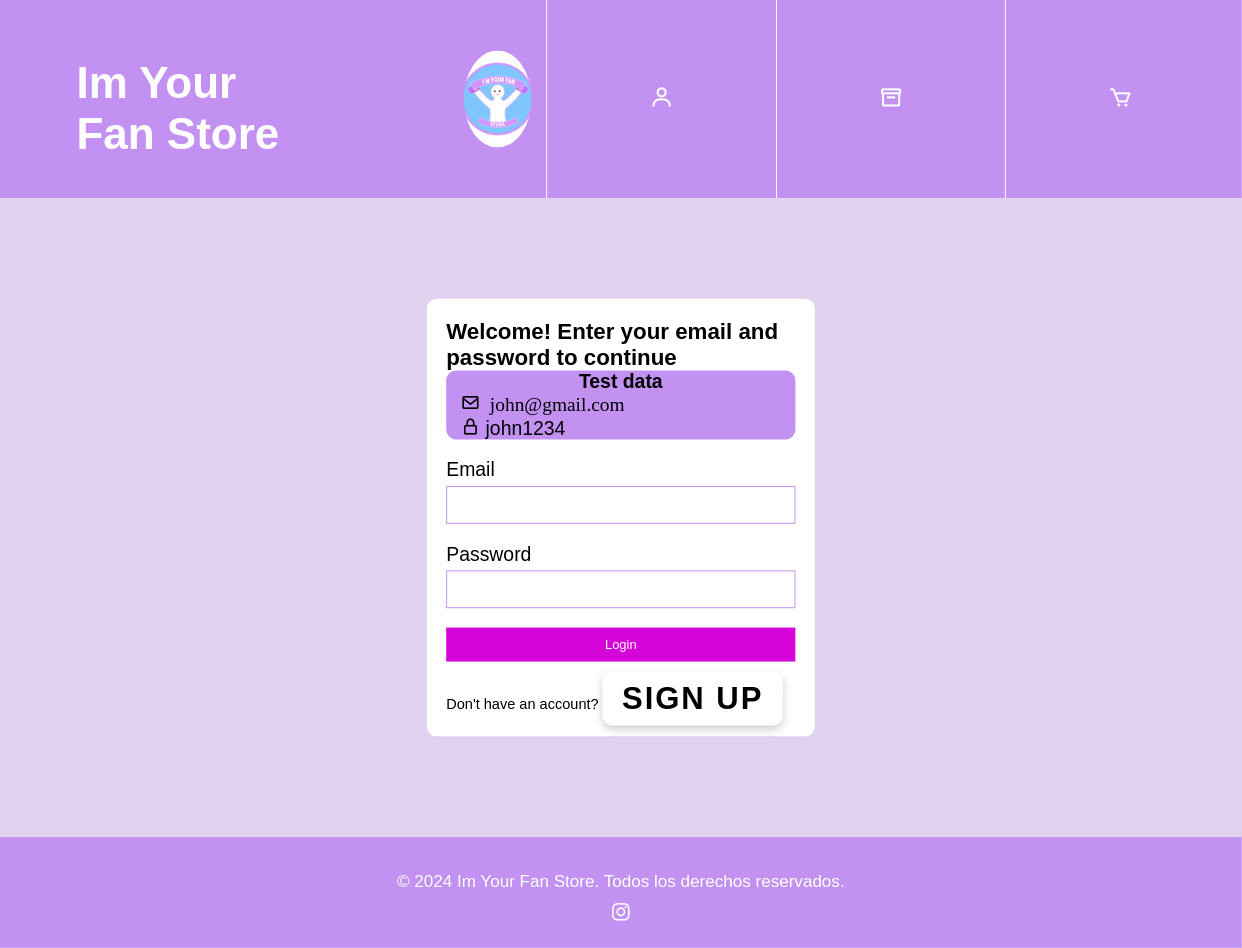
Repository: imyourfan-store/e-commerce
Page: /#/login
These files come from the project's save history. The page is drawn as it stood at one moment and after the next save; the edit follows.
The browser window is 1280 px wide. The pictures show the whole page, at 97% of full size.
The project was rebuilt for these pictures with package versions that can differ from the ones it lists, and the page was loaded fresh each time. Also part of the build but not shown: vite.config.js, src/components/home/styles/ProductCard.css, src/components/home/ProductCard.jsx, src/components/home/Categories.jsx, src/pages/Home.jsx, src/components/productId/styles/ProductInfo.css, src/components/productId/ProductInfo.jsx, src/components/productId/SimilarProducts.jsx and 14 more.

Above is the page before, as saved 2025-02-16 22:31:59.

### index.html
<!DOCTYPE html>
<html lang="en">
  <head>
    <meta charset="UTF-8" />
    <link rel="icon" type="image/svg+xml" href="/Icono Redes Sociales - IYF.jpg" />
    <meta name="viewport" content="width=device-width, initial-scale=1.0" />
    <link rel="stylesheet" href="./src/index.css">
    <link
      href="https://unpkg.com/boxicons@2.1.4/css/boxicons.min.css"
      rel="stylesheet"
    />
    <title>Im Your Fan Store</title>
  </head>
  <body>
    <div id="root"></div>
    <script type="module" src="/src/main.jsx"></script>

  </body>
</html>

### src/index.css
:root {
  --color-lila: #C291F2;
  --color-lilaclaro: #e1d7ea;/* Color lila claro */
  --color-texto: #000000;
  --color-fussia: #D504D9;
  --color-azul: #79C4F2;
  --color-mostaza: #F2B705;
  --color-naranja: #F28705;
  --color-input: #EEF5F9;
  --color-blanquito: #ffffff;
  --color-celeste: #79C4F2;
  --color-rgba-rojo: rgba(255, 0, 0, 0.1);
  --color-rojo: #FF0000;
}

body {
  margin: 0;
  font-family: Arial, sans-serif;
  background-color: var(--color-lilaclaro);
  text-decoration: none;
}

### src/main.jsx
import React from 'react'
import ReactDOM from 'react-dom/client'
import App from './App'
import './index.css'
import { HashRouter } from 'react-router-dom'
import { Provider } from 'react-redux'
import store from './store'

ReactDOM.createRoot(document.getElementById('root')).render(
  <React.StrictMode>
    <HashRouter>
      <Provider store={store}>
        <App />
      </Provider>
    </HashRouter>
  </React.StrictMode>,
)

### src/App.jsx
import { Route, Routes } from 'react-router-dom';
import './App.css';
import Home from './pages/Home';
import Login from './pages/Login';
import ProductId from './pages/ProductId';
import Purchases from './pages/Purchases';
import Cart from './pages/Cart';
import ProtectedRoutes from './components/app/ProtectedRoutes';
import Header from './layout/Header';
import Footer from './layout/Footer';

function App() {
  return (
    <div className="App">
      <Header />
      <Routes>
        <Route path='/' element={<Home />} />
        <Route path='/login' element={<Login />} />
        <Route path='/products/:id' element={<ProductId />} />

        {/* Rutas protegidas */}
        <Route element={<ProtectedRoutes />}>
          <Route path='/purchases' element={<Purchases />} />
          <Route path='/cart' element={<Cart />} />
        </Route>
      </Routes>
      <Footer />
    </div>
  );
}

export default App;

### src/pages/Login.jsx
import React from 'react';
import { useForm } from 'react-hook-form';
import { useDispatch, useSelector } from 'react-redux';
import { logOutUserThunk, loginUserThunk } from '../store/slices/userInfo.slice';
import './styles/Login.css';

const Login = () => {
  const { token, user } = useSelector((state) => state.userInfo);

  const { register, handleSubmit } = useForm();

  const dispatch = useDispatch();

  const submit = (data) => {
    dispatch(loginUserThunk(data));
  };

  const handleLogOut = () => {
    dispatch(logOutUserThunk());
  };

  return (
    <main className="login">
      {token ? (
        <section className="login__logged">
          <i className="login__logged-icon bx bx-user-circle"></i>
          <h3 className="login__logged-name">{`${user.name}`}</h3>
          <button className="login__logged-btn" onClick={handleLogOut}>
            Log out
          </button>
        </section>
      ) : (
        <form className="login__form" onSubmit={handleSubmit(submit)}>
          <h3 className="login__title">Welcome! Enter your email and password to continue</h3>
          <div className="login__container-test">
            <h4 className="login__test-title">Test data</h4>
            <p className="login__test-email">
              <i className="bx bx-envelope"> john@gmail.com</i>
            </p>
            <p className="login__test-password">
              <i className="bx bx-lock-alt"></i> john1234
            </p>
          </div>
          <div className="login__field">
            <label className="login__label">Email</label>
            <input className="login__input" type="email" {...register('email')} />
          </div>
          <div className="login__field">
            <label className="login__label">Password</label>
            <input className="login__input" type="password" {...register('password')} />
          </div>
          <button className="login__btn">Login</button>
          <p className="login__text-footer">
            Don't have an account? <span>Sign up</span>
          </p>
        </form>
      )}
    </main>
  );
};

export default Login;

### src/layout/Header.jsx
import React from 'react'
import { NavLink } from 'react-router-dom'
import './styles/Header.css'

const Header = () => {
  return (
    <header className='header'>
      <NavLink className='header__page-name' to='/'><h1>Im Your Fan Store</h1></NavLink>
      <img src='/src/img/Icono Redes Sociales - IYF.jpg' alt='Im Your Fan Store' className='header__logo' />
      <ul className='header__navbar'>
        <li className='header__link'><NavLink to='/login'><i className='bx bx-user'></i></NavLink></li>
        <li className='header__link'><NavLink to='/purchases'><i className='bx bx-box'></i></NavLink></li>
        <li className='header__link'><NavLink to='/cart'><i className='bx bx-cart'></i></NavLink></li>
      </ul>
    </header>
  )
}

export default Header

### src/layout/Footer.jsx
import React from 'react';
import './styles/Footer.css'; // Asegúrate de que el archivo CSS esté en la ruta correcta

const Footer = () => {
  return (
    <footer className="footer">
      <div className="footer__content">
        <p>&copy; 2024 Im Your Fan Store. Todos los derechos reservados.</p>
        <ul className="footer__socials">
          <li>
            <a
              href="https://www.instagram.com/imyourfanstore_7/"
              target="_blank"
              rel="noopener noreferrer"
            >
              <i className="bx bxl-instagram"></i>
            </a>
          </li>
        </ul>
      </div>
    </footer>
  );
}

export default Footer;

### src/pages/styles/Login.css
:root {
  --color-lila: #C291F2;
  --color-lilaclaro: #E6DFF1; /* Color lila claro ajustado */
  --color-texto: #333333; /* Texto en gris oscuro */
  --color-fussia: #D504D9;
  --color-azul: #79C4F2;
  --color-mostaza: #F2B705;
  --color-naranja: #FF914D; /* Naranja ajustado para botones */
  --color-input: #F3E9FA; /* Fondo para inputs */
  --color-blanquito: #ffffff;
  --color-celeste: #A3D2F2; /* Azul celeste suave */
  --color-rgba-rojo: rgba(255, 0, 0, 0.1);
  --color-rojo: #E74C3C; /* Rojo suave para acentos */
}

.login {
  display: flex;
  justify-content: center;
  font-family: Arial, sans-serif;
  align-items: center;
  height: calc(100vh - 60.7px);
  background-color: var(--color-lilaclaro); /* Fondo lila claro */
}

.login__form,
.login__logged {
  text-align: center;
  width: min(100%, 400px);
  display: flex;
  flex-direction: column;
  align-items: center;
  background-color: var(--color-blanquito); /* Fondo blanco */
  padding: 20px;
  border-radius: 10px;
  font-size: 20px;
  margin: 0 10px;
}

.login__logged-icon {
  font-size: 100px;
  color: var(--color-fussia); /* Ícono en color fucsia */
}

.login__logged-btn {
  border: none;
  background-color: var(--color-naranja); /* Botón naranja */
  color: var(--color-blanquito);
  padding: 10px 15px;
  border-radius: 5px;
  cursor: pointer;
}

.login__title {
  font-family: Arial, sans-serif;
  text-align: start;
  font-size: 23px;
  color: var(--color-texto); /* Texto en gris oscuro */
}

.login__container-test {
  background-color: var(--color-lila); /* Fondo para contenedor de prueba */
  width: 100%;
  border-radius: 10px;
  text-align: start;
  padding: 0 15px;
  margin-bottom: 20px;
}

.login__test-title {
  text-align: center;
  color: var(--color-texto);
}

.login__field {
  display: flex;
  flex-direction: column;
  width: 100%;
  text-align: start;
  margin-bottom: 20px;
  gap: 5px;
}

.login__input {
  padding: 10px 15px;
  border: 1px solid var(--color-lila); /* Borde lila */
  font-size: 15px;
  background-color: var(--color-blanquito); /* Fondo blanco para inputs */
}

.login__btn {
  width: 100%;
  padding: 10px 15px;
  border: none;
  background-color: var(--color-fussia); /* Botón de envío en fucsia */
  color: var(--color-blanquito);
  cursor: pointer;
}

.login__text-footer {
  width: 100%;
  font-size: 15px;
  text-align: start;
  margin: 0;
  margin-top: 20px;
  color: var(--color-texto);
}

### src/layout/styles/Header.css
:root {
  --color-lila: #C291F2;
  --color-texto: #000000;
  --color-fussia: #D504D9;
  --color-azul: #79C4F2;
  --color-mostaza: #F2B705;
  --color-naranja: #F28705;
  --color-input: #EEF5F9;
  --color-blanquito: #ffffff;
  --color-celeste: #79C4F2;
  --color-rgba-rojo: rgba(255, 0, 0, 0.1);
  --color-rojo: #FF0000;
}

.header {
  display: flex;
  justify-content: space-between;
  align-items: stretch;
  position: sticky;
  top: 0;
  z-index: 2;
  background-color: var(--color-lila);
  border-bottom: 1px solid var(--color-gray);
  text-decoration: none;
}
.header__logo {
  width: 100px; /* Ajusta el tamaño de la imagen */
  height: 100px; /* Ajusta el tamaño de la imagen */
  border-radius: 50%; /* Hace que la imagen sea redonda */
  object-fit: cover; /* Asegura que la imagen no se distorsione */

  margin-top: auto;
  margin-bottom: auto; /* Centra la imagen verticalmente */

  margin-left: auto; /* Centra la imagen horizontalmente */
  margin-right: auto; /* Centra la imagen horizontalmente */

  padding-left: 15px; /* Ajusta el espacio en el lado izquierdo */
  padding-right: 15px; /* Ajusta el espacio en el lado derecho */
}

.header__page-name {
  font-size: 12px;
  color: var(--color-blanquito);
  text-decoration: none;
  display: flex;
  align-items: center; /* Asegura que el texto y la imagen estén alineados */
  transition: transform 0.3s ease;
}

/* Efecto de zoom */
.header__page-name:hover {
  transform: scale(1.008);
}
.header__navbar {
  display: flex;
  list-style: none;
  font-size: 25px;
  margin: 0;
  padding: 0;
  flex: 1 1;
}

.header__link {
  display: flex;
  justify-content: center;
  align-items: center;
  width: 33%;
  text-decoration: none;
  border-left: 1px solid var(--color-blanquito);
  transition: transform 0.3s ease, background-color 0.3s ease; /* Agrega una transición */
}

/* Estilos para el hover */
.header__link:hover {
  transform: scale(1.1); /* Escalar el elemento */
  background-color: var(--color-azul); /* Cambiar color de fondo al hacer hover */
  cursor: pointer; /* Cambiar el cursor a puntero */
}

@media (max-width: 600px) {
  .header__link {
    border-left: none;
  }
}

.header__link a {
  color: var(--color-blanquito);
  text-decoration: none;
}

### src/layout/styles/Footer.css
:root {
    --color-lila: #C291F2;
    --color-lilaclaro: #e1d2ef; /* Color lila claro */
    --color-texto: #000000;
    --color-fussia: #D504D9;
    --color-azul: #79C4F2;
    --color-mostaza: #F2B705;
    --color-naranja: #F28705;
    --color-input: #EEF5F9;
    --color-blanquito: #ffffff;
    --color-celeste: #79C4F2;
    --color-rgba-rojo: rgba(255, 0, 0, 0.1);
    --color-rojo: #FF0000;
}

.footer {
    background-color: var(--color-lila);
    color: var(--color-blanquito);
    padding: 20px;
    text-align: center;
    position: relative;
    bottom: 0;
    width: 100%;
}

.footer__content {
    max-width: 1200px;
    margin: 0 auto;
}

.footer__socials {
    list-style: none;
    padding: 0;
    margin: 10px 0 0;
    display: flex;
    justify-content: center;
}

.footer__socials li {
    margin: 0 10px;
}

.footer__socials a {
    color: var(--color-blanquito);
    text-decoration: none;
    font-size: 24px;
}
.footer__socials a:hover {
    color: var(--color-fussia);
}

Loaded but not shown: src/store/slices/cart.slice.js (63 lines, source omitted); src/store/slices/userInfo.slice.js (37 lines, source omitted); src/store/slices/products.slice.js (26 lines, source omitted); src/store/index.js (8 lines, source omitted); src/utils/configAxios.js (9 lines, source omitted); src/pages/styles/Home.css (681 lines, source omitted); src/App.css (no stored copy; drawn as an empty file)

After the next save:
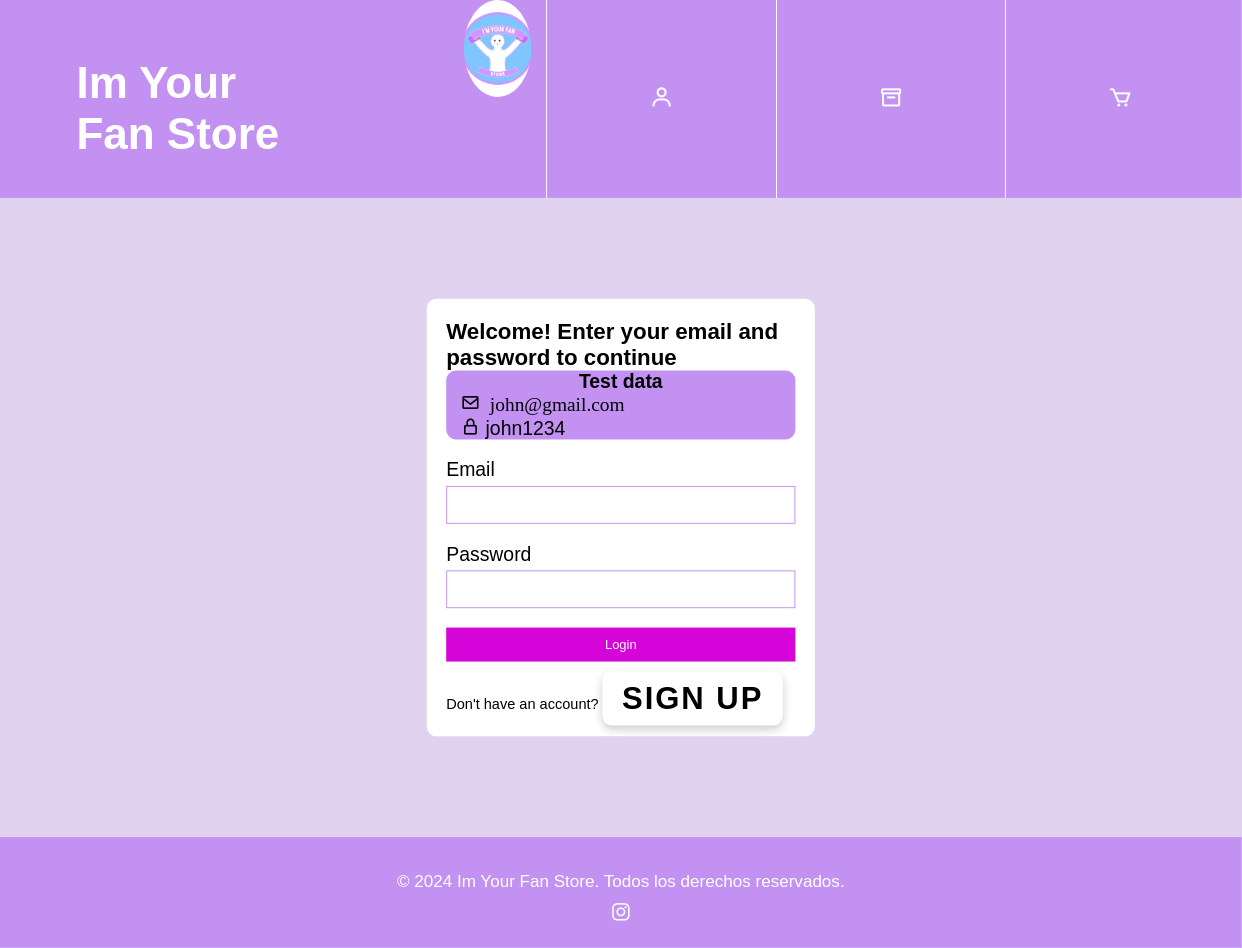
Saved 25 s later.
--- a/src/layout/styles/Header.css
+++ b/src/layout/styles/Header.css
@@ -28,13 +28,6 @@
   height: 100px; /* Ajusta el tamaño de la imagen */
   border-radius: 50%; /* Hace que la imagen sea redonda */
   object-fit: cover; /* Asegura que la imagen no se distorsione */
-
-  margin-top: auto;
-  margin-bottom: auto; /* Centra la imagen verticalmente */
-
-  margin-left: auto; /* Centra la imagen horizontalmente */
-  margin-right: auto; /* Centra la imagen horizontalmente */
-
   padding-left: 15px; /* Ajusta el espacio en el lado izquierdo */
   padding-right: 15px; /* Ajusta el espacio en el lado derecho */
 }

After the save that followed:
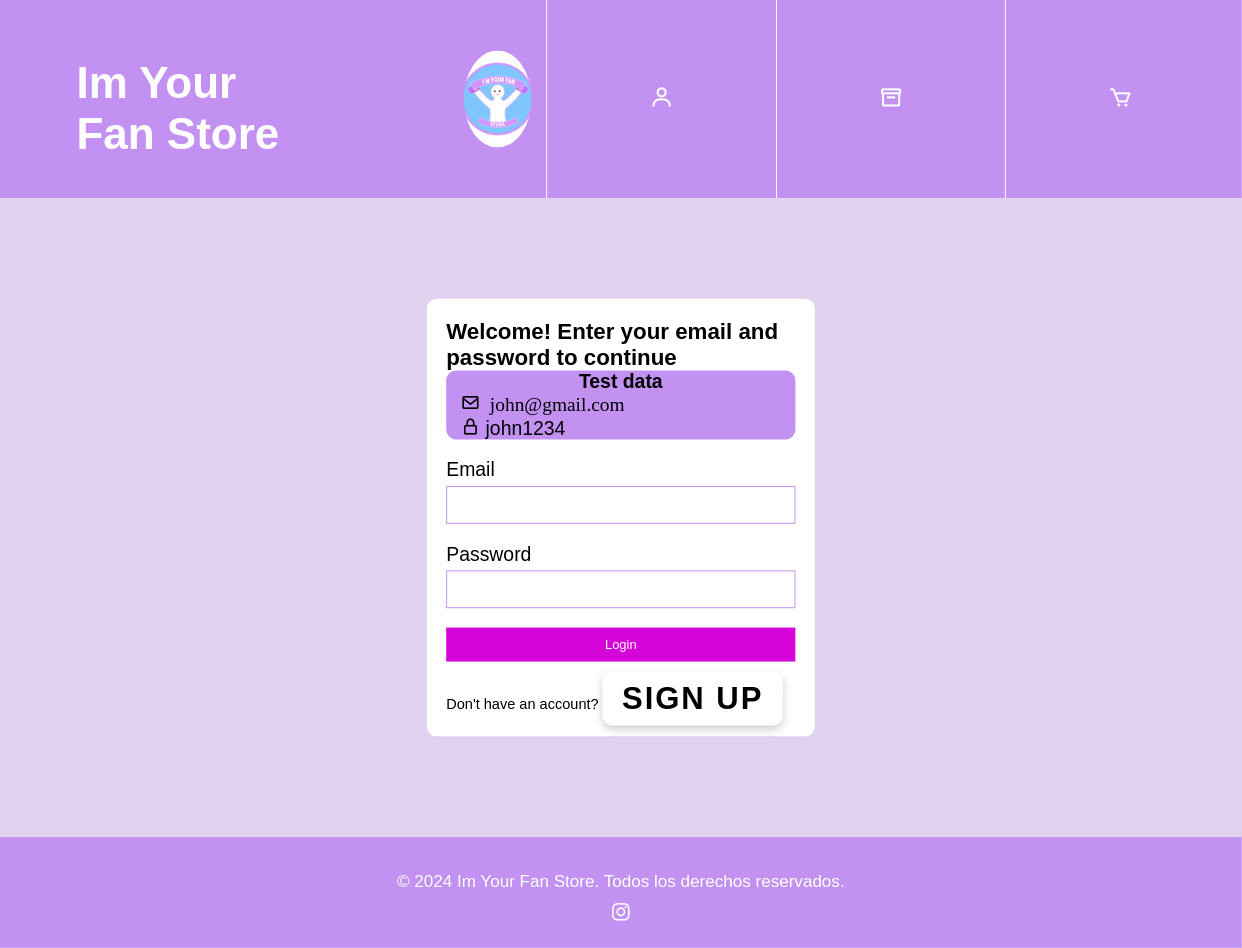
Saved 45 s later.
--- a/src/layout/styles/Header.css
+++ b/src/layout/styles/Header.css
@@ -24,12 +24,19 @@
   text-decoration: none;
 }
 .header__logo {
-  width: 100px; /* Ajusta el tamaño de la imagen */
-  height: 100px; /* Ajusta el tamaño de la imagen */
-  border-radius: 50%; /* Hace que la imagen sea redonda */
+  width: 100px;
+  height: 100px;
+  border-radius: 50%;
   object-fit: cover; /* Asegura que la imagen no se distorsione */
-  padding-left: 15px; /* Ajusta el espacio en el lado izquierdo */
-  padding-right: 15px; /* Ajusta el espacio en el lado derecho */
+
+  margin-top: auto;
+  margin-bottom: auto;
+
+  margin-left: auto;
+  margin-right: auto;
+
+  padding-left: 15px;
+  padding-right: 15px;
 }
 
 .header__page-name {
